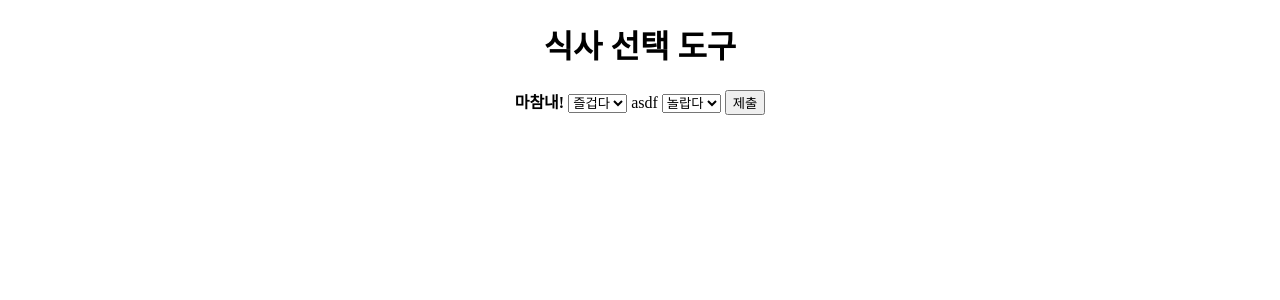
Repository: kimgh06/JavaWeb
Page: http://localhost/what/
The author's editor kept a copy of each file at every save. The page is drawn from the files as they stood at one save, then again after the next save.
The browser window is 1280 px wide. The pictures show the whole page.
The page is served by Tomcat 9. Other server files are loaded and not shown.

Above is the page before, as saved 2022-11-03 02:28:26.

### what/src/main/webapp/index.jsp
<%@ page language="java" contentType="text/html; charset=EUC-KR"
    pageEncoding="EUC-KR"%>
<!DOCTYPE html>
<html>
<head>
<meta charset="EUC-KR">
<title>식사 선택 도구</title>
<link href ="./main.css" rel = "stylesheet" type = "text/css">
</head>
<body>
	<div id="main">
	<h1>식사 선택 도구</h1>
		<b>마참내!</b>
		<select>
			<option>즐겁다</option>
			<option>화난다</option>
			<option>기쁘다</option>
		</select>
		<label>asdf</label>
		<select>
			<option>놀랍다</option>
		</select>
		<button>제출</button>
	</div>
</body>
</html>

### what/src/main/webapp/main.css
@CHARSET "UTF-8";

#main{
	text-align: center;
	display: block;
}

After the next save:
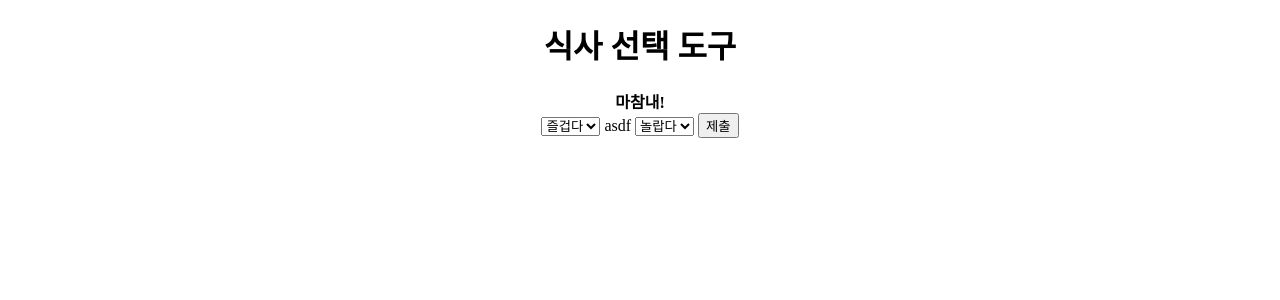
Saved 49 s later.
--- a/what/src/main/webapp/index.jsp
+++ b/what/src/main/webapp/index.jsp
@@ -11,6 +11,7 @@
 	<div id="main">
 	<h1>식사 선택 도구</h1>
 		<b>마참내!</b>
+		<div id="form">
 		<select>
 			<option>즐겁다</option>
 			<option>화난다</option>
@@ -21,6 +22,7 @@
 			<option>놀랍다</option>
 		</select>
 		<button>제출</button>
+		</div>
 	</div>
 </body>
 </html>

After the save that followed:
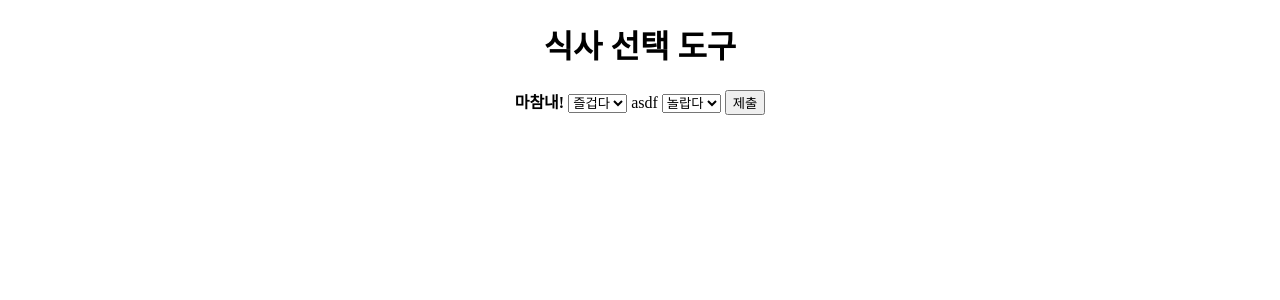
Saved 85 s later.
--- a/what/src/main/webapp/main.css
+++ b/what/src/main/webapp/main.css
@@ -4,3 +4,7 @@
 	text-align: center;
 	display: block;
 }
+
+#form{
+	display: inline-block;
+}
